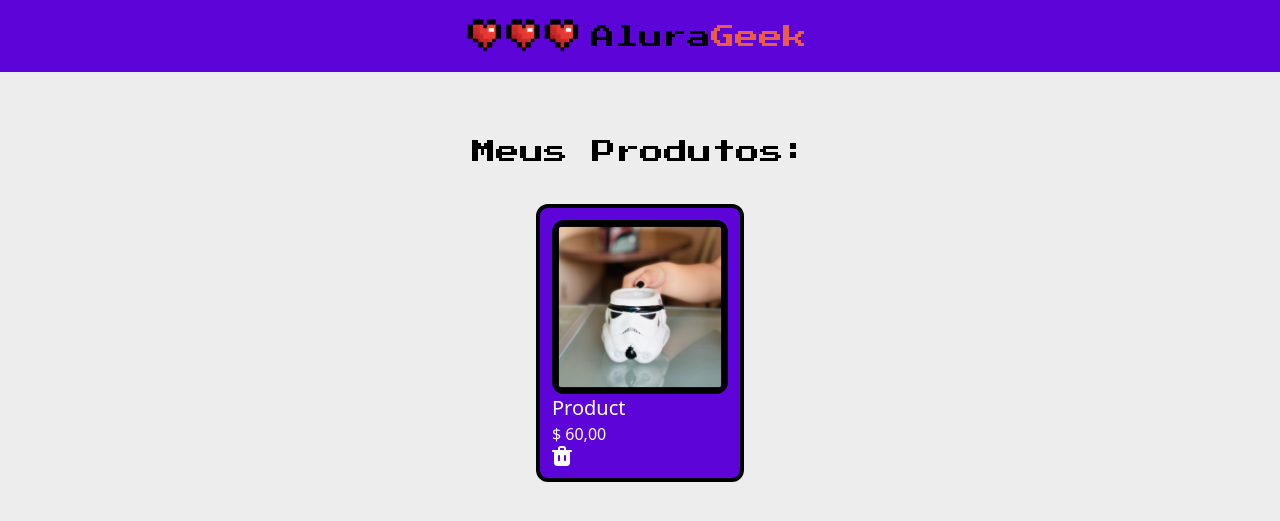
Repository: guilhermecardoso93/alura-geek
Page: /
An editor plug-in stored every save of this project. The page is shown before and after the next save, followed by the edit.
The browser window is 1280 px wide. The pictures show the whole page.
The project was rebuilt for these pictures with package versions that can differ from the ones it lists, and the page was loaded fresh each time. Also part of the build but not shown: vite.config.js.

Above is the page before, as saved 2024-05-11 18:42:02.

### index.html
<!doctype html>
<html lang="en">

<head>
    <meta charset="UTF-8" />
    <link rel="icon" type="image/svg+xml" href="/vite.svg" />
    <meta name="viewport" content="width=device-width, initial-scale=1.0" />
    <link rel="preconnect" href="https://fonts.googleapis.com">
    <link rel="preconnect" href="https://fonts.gstatic.com" crossorigin>
    <link href="https://fonts.googleapis.com/css2?family=Press+Start+2P&display=swap" rel="stylesheet">
    <title>Alura Geek</title>
</head>

<body class="bg-[#EDEDED] text-[#000000] antialiased">
    <div id="root"></div>
    <script type="module" src="/src/main.jsx"></script>
</body>

</html>

### src/App.jsx
import Logo from "./assets/logo.png";
import { Main } from "./components/main";

export default function App() {
  return (
    <div className="w-full flex flex-col items-center justify-center">
      <header className="sm:px-8 px-4 py-2 z-10 w-full bg-[#5d04d9] w-full flex items-center justify-center">
        <img
          src={Logo}
          alt=""
          className="lg:w-[374px] lg:h-[56px] sm:w-auto h-auto"
        />
      </header>
      <Main />
    </div>
  );
}

### src/components/main.jsx
import { Products } from "./products";

export function Main() {
  return (
    <div className="flex mt-16">
      <Products />
      <div></div>
    </div>
  )
}

### src/components/products.jsx
import ModeloFoto from "../assets/modelo.png";
import DeleteIcon from "../assets/delete.svg";

export function Products() {
  return (
    <div className="flex flex-col gap-9 items-center justify-center">
      <h2 className="font-['Press_Start_2P'] font-normal  text-2xl">
        Meus Produtos:
      </h2>
      <div>
        <Product />
      </div>
    </div>
  );
}

function Product() {
  return (
    <div className="flex flex-col items-start justify-between p-3 bg-[#5d04d9] border-black border-4 rounded-xl text-white">
      <img
        src={ModeloFoto}
        alt=""
        className="w-[176px] h-[174px]  border-black border-4 rounded-xl"
      />
      <h2 className="font-normal text-xl">Product</h2>
      <div className="flex flex-col items-start justify-between">
        <span>$ 60,00</span>
        <span>
          <img src={DeleteIcon} alt="" />
        </span>
      </div>
    </div>
  );
}

### tailwind.config.js
/** @type {import('tailwindcss').Config} */
export default {
  content: ["./index.html", "./src/**/*.{js,ts,jsx,tsx}"],
  theme: {
    extend: {},
    sans: ["Press Start 2P", "system-ui"],
    serif: ["ui-serif", "Georgia"],
    mono: ["ui-monospace", "SFMono-Regular"],
    display: ["Oswald"],
    body: ['Press Start 2P'],
  },
  plugins: [],
};

Loaded but not shown: src/main.jsx (common file); src/index.css (common file)

After the next save:
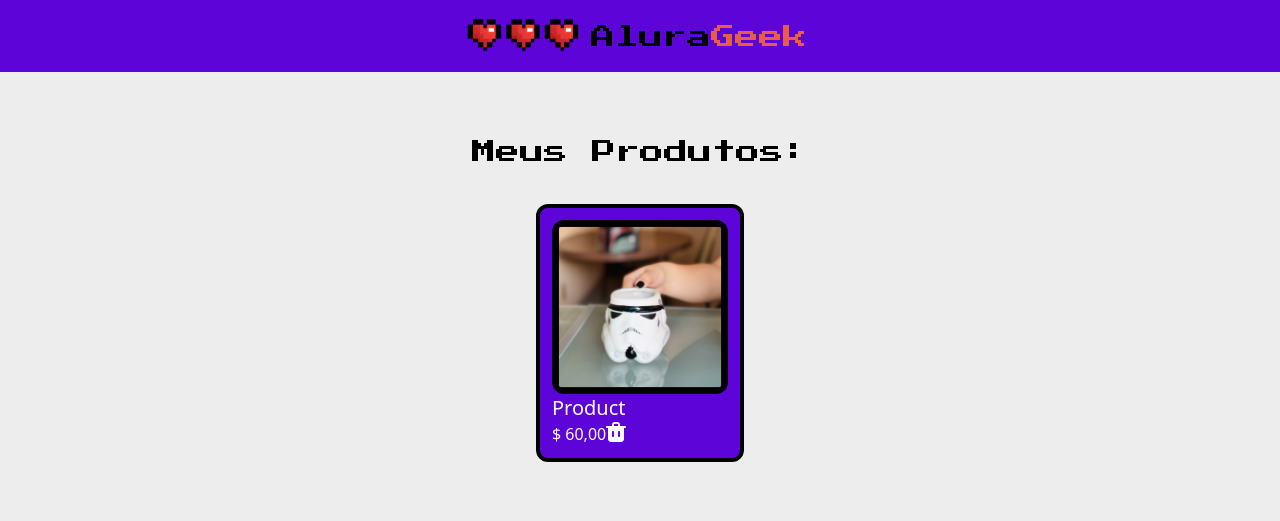
Saved 5 s later.
--- a/src/components/products.jsx
+++ b/src/components/products.jsx
@@ -23,7 +23,7 @@
         className="w-[176px] h-[174px]  border-black border-4 rounded-xl"
       />
       <h2 className="font-normal text-xl">Product</h2>
-      <div className="flex flex-col items-start justify-between">
+      <div className="flex items-start justify-between">
         <span>$ 60,00</span>
         <span>
           <img src={DeleteIcon} alt="" />
